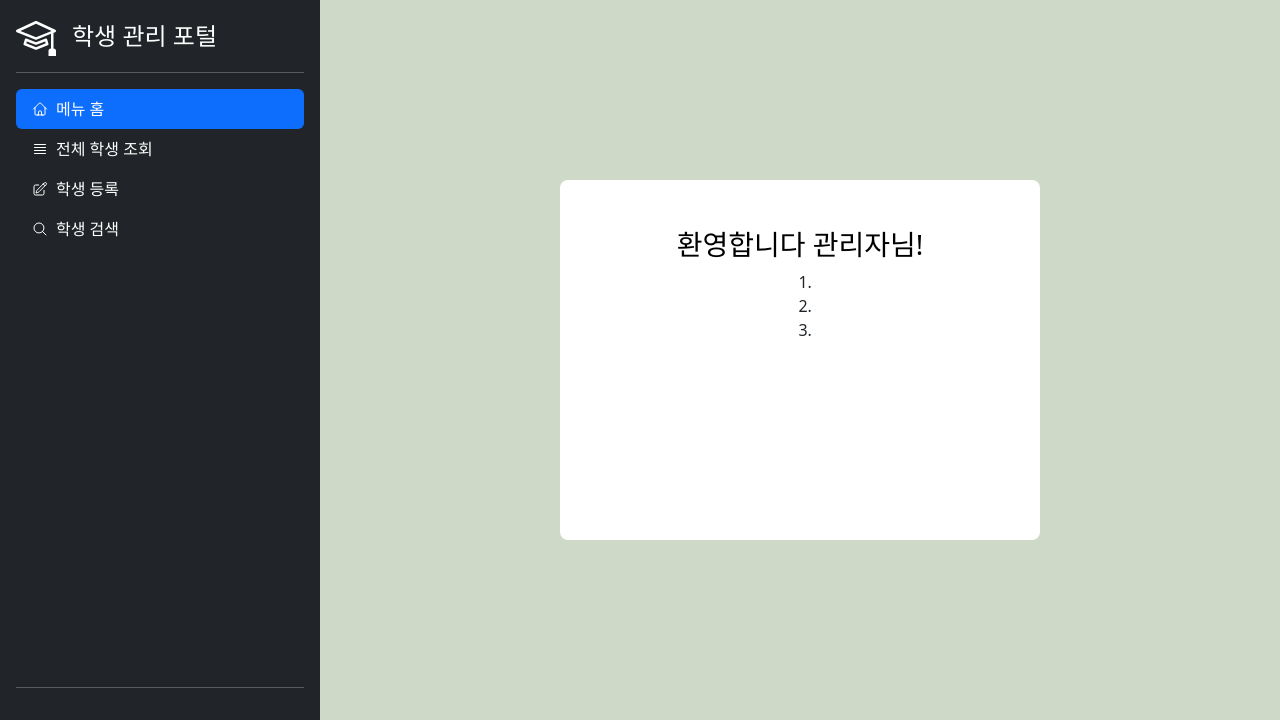
Repository: invisibleufo101/StudentManagementWeb
Page: HSW_Web/src/main/webapp/index.html
These files come from the project's save history. The page is drawn as it stood at one moment and after the next save; the edit follows.
The browser window is 1280 px wide. The pictures show the whole page.

Above is the page before, as saved 2024-09-19 11:32:56.

### HSW_Web/src/main/webapp/index.html
<!DOCTYPE html>
<html>
<head>
	<meta charset="UTF-8">
	<meta name="viewport" content="width=device-width, initial-scale=1">
	<link rel="stylesheet" href="css/bootstrap.min.css" />
	<script defer src="js/bootstrap.bundle.min.js"></script>
	<link rel="icon" href="images/portal_icon.svg"/>
	<title>학생 관리 포털</title>
</head>
<body>
	<main class="d-flex flex-nowrap vh-100">
		<!-- Start of Navbar -->
		<nav class="d-flex flex-lg-column flex-md-column flex-row flex-shrink-0 p-3 text-bg-dark" style="width: 25vw;">
			<a href="/" class="d-flex justify-content-around align-items-center mb-3 mb-md-0 me-md-auto text-white text-decoration-none">
				<svg xmlns="http://www.w3.org/2000/svg" width="40" height="40" fill="currentColor" class="bi bi-mortarboard" viewBox="0 0 16 16">
				 	<path d="M8.211 2.047a.5.5 0 0 0-.422 0l-7.5 3.5a.5.5 0 0 0 .025.917l7.5 3a.5.5 0 0 0 .372 0L14 7.14V13a1 1 0 0 0-1 1v2h3v-2a1 1 0 0 0-1-1V6.739l.686-.275a.5.5 0 0 0 .025-.917zM8 8.46 1.758 5.965 8 3.052l6.242 2.913z"/>
				 	<path d="M4.176 9.032a.5.5 0 0 0-.656.327l-.5 1.7a.5.5 0 0 0 .294.605l4.5 1.8a.5.5 0 0 0 .372 0l4.5-1.8a.5.5 0 0 0 .294-.605l-.5-1.7a.5.5 0 0 0-.656-.327L8 10.466zm-.068 1.873.22-.748 3.496 1.311a.5.5 0 0 0 .352 0l3.496-1.311.22.748L8 12.46z"/>
				</svg>
				<span class="ms-3" style="font-size: 1.5rem;">학생 관리 포털</span>
			</a>
			<hr/>
			<ul class="nav nav-pills flex-column mb-auto">
				<li class="nav-item">
					<a href="#" class="nav-link active">
						<div class="d-flex align-items-center">
							<svg class="bi me-2" xmlns="http://www.w3.org/2000/svg" fill="none" viewBox="0 0 24 24" stroke-width="1.5" stroke="currentColor" width="16" height="16">
								<path stroke-linecap="round" stroke-linejoin="round" d="m2.25 12 8.954-8.955c.44-.439 1.152-.439 1.591 0L21.75 12M4.5 9.75v10.125c0 .621.504 1.125 1.125 1.125H9.75v-4.875c0-.621.504-1.125 1.125-1.125h2.25c.621 0 1.125.504 1.125 1.125V21h4.125c.621 0 1.125-.504 1.125-1.125V9.75M8.25 21h8.25" />
							</svg>
							<p class="m-0">메뉴 홈</p>
						</div>
					</a>
				</li>
				<li>
					<a href="#" class="nav-link text-white">
						<div class="d-flex align-items-center">
							<svg class="bi me-2" xmlns="http://www.w3.org/2000/svg" fill="none" viewBox="0 0 24 24" stroke-width="1.5" stroke="currentColor" width="16" height="16">
								<path stroke-linecap="round" stroke-linejoin="round" d="M3.75 5.25h16.5m-16.5 4.5h16.5m-16.5 4.5h16.5m-16.5 4.5h16.5" />
							</svg>
							<p class="m-0">전체 학생 조회</p>
						</div>
					</a>
				</li>
				<li>
					<a href="#" class="nav-link text-white">
						<div class="d-flex align-items-center">
							<svg class="bi me-2" xmlns="http://www.w3.org/2000/svg" fill="none" viewBox="0 0 24 24" stroke-width="1.5" stroke="currentColor" width="16" height="16">
								<path stroke-linecap="round" stroke-linejoin="round" d="m16.862 4.487 1.687-1.688a1.875 1.875 0 1 1 2.652 2.652L10.582 16.07a4.5 4.5 0 0 1-1.897 1.13L6 18l.8-2.685a4.5 4.5 0 0 1 1.13-1.897l8.932-8.931Zm0 0L19.5 7.125M18 14v4.75A2.25 2.25 0 0 1 15.75 21H5.25A2.25 2.25 0 0 1 3 18.75V8.25A2.25 2.25 0 0 1 5.25 6H10" />
							</svg>
							<p class="m-0">학생 등록</p>
						</div>
					</a>
				</li>
				<li>
					<a href="#" class="nav-link text-white">
					<div class="d-flex align-items-center">
						<svg class="bi me-2" xmlns="http://www.w3.org/2000/svg" fill="none" viewBox="0 0 24 24" stroke-width="1.5" stroke="currentColor" width="16" height="16">
							<path stroke-linecap="round" stroke-linejoin="round" d="m21 21-5.197-5.197m0 0A7.5 7.5 0 1 0 5.196 5.196a7.5 7.5 0 0 0 10.607 10.607Z" />
						</svg>
						<p class="m-0">학생 검색</p>
					</div>
					</a>
				</li>
			</ul>
			<hr/>
		</nav>
		<!-- End of Navbar -->
		<section class="d-flex justify-content-center align-items-center" style="width: 75vw; height: auto; background-color: #ced9c7;">
			<div class="d-flex flex-column align-items-center h-50 w-50 bg-white rounded-3 p-5">
				<h3 class="text-black">환영합니다 관리자님!</h3>
				<ol class="text-decroation-none">
					<li></li>
					<li></li>
					<li></li>
				</ol>
			</div>
		</section>
	</main>
</body>
</html>

Loaded but not shown: HSW_Web/src/main/webapp/css/bootstrap.min.css (library); HSW_Web/src/main/webapp/js/bootstrap.bundle.min.js (no copy from this time; the picture is the same without it)

After the next save:
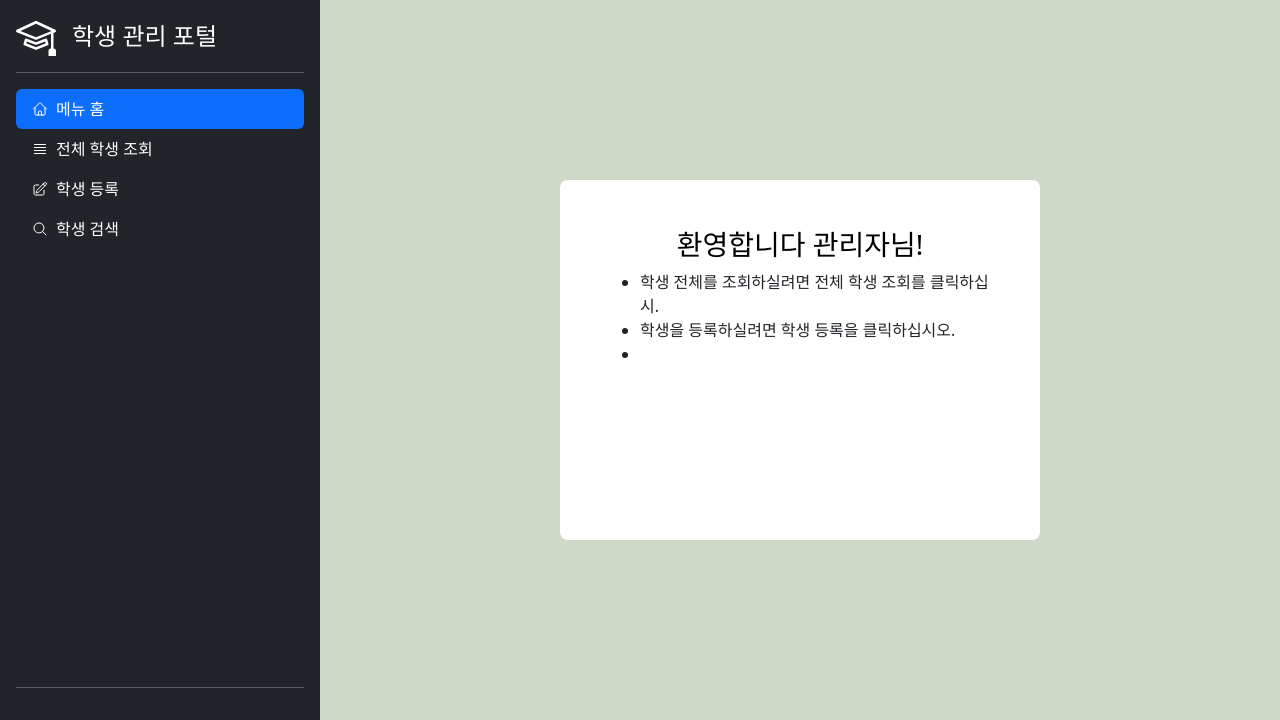
Saved 102 s later.
--- a/HSW_Web/src/main/webapp/index.html
+++ b/HSW_Web/src/main/webapp/index.html
@@ -68,11 +68,19 @@
 		<section class="d-flex justify-content-center align-items-center" style="width: 75vw; height: auto; background-color: #ced9c7;">
 			<div class="d-flex flex-column align-items-center h-50 w-50 bg-white rounded-3 p-5">
 				<h3 class="text-black">환영합니다 관리자님!</h3>
-				<ol class="text-decroation-none">
-					<li></li>
-					<li></li>
-					<li></li>
-				</ol>
+				<ul class="text-decroation-none">
+					<li>
+						학생 전체를 조회하실려면 전체 학생 조회를 클릭하십시.
+					</li>
+
+					<li>
+						학생을 등록하실려면 학생 등록을 클릭하십시오.
+					</li>
+
+					<li>
+					</li>
+
+				</ul>
 			</div>
 		</section>
 	</main>
